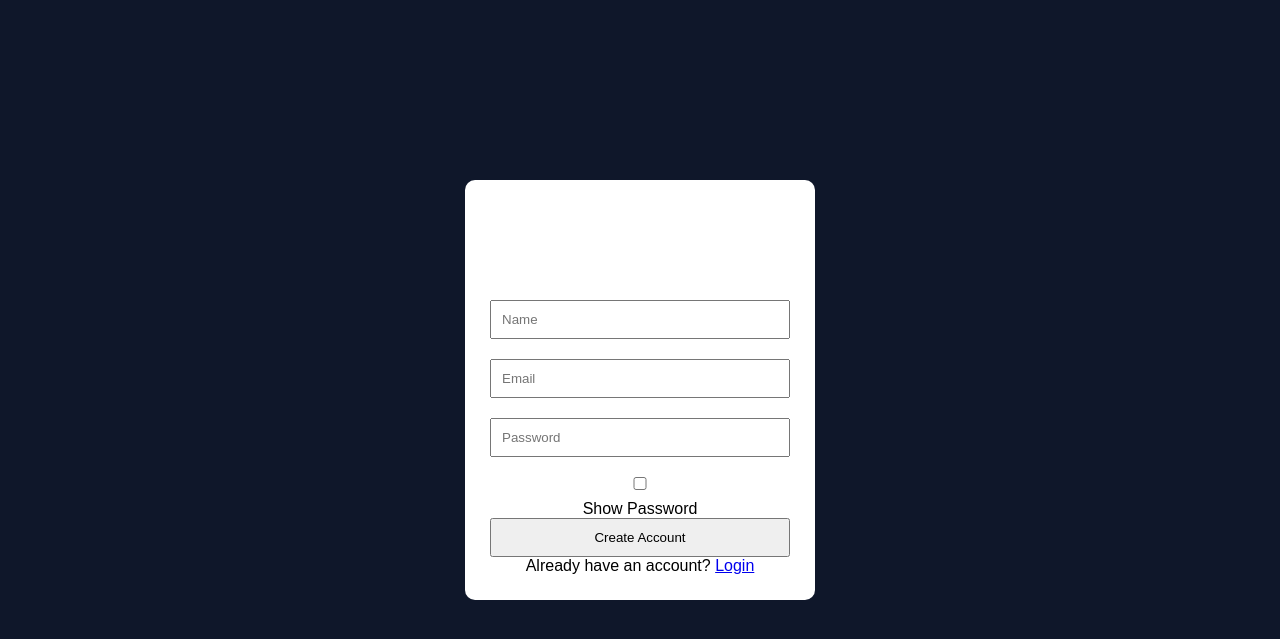
Repository: Dinesh-Codebais/movie-tracker
Page: signup.html
The author's editor kept a copy of each file at every save. The page is drawn from the files as they stood at one save, then again after the next save.
The browser window is 1280 px wide. The pictures show the whole page.

Above is the page before, as saved 2026-06-22 10:31:27.
Console error: TypeError: Cannot read properties of null (reading 'addEventListener')

After the next save:
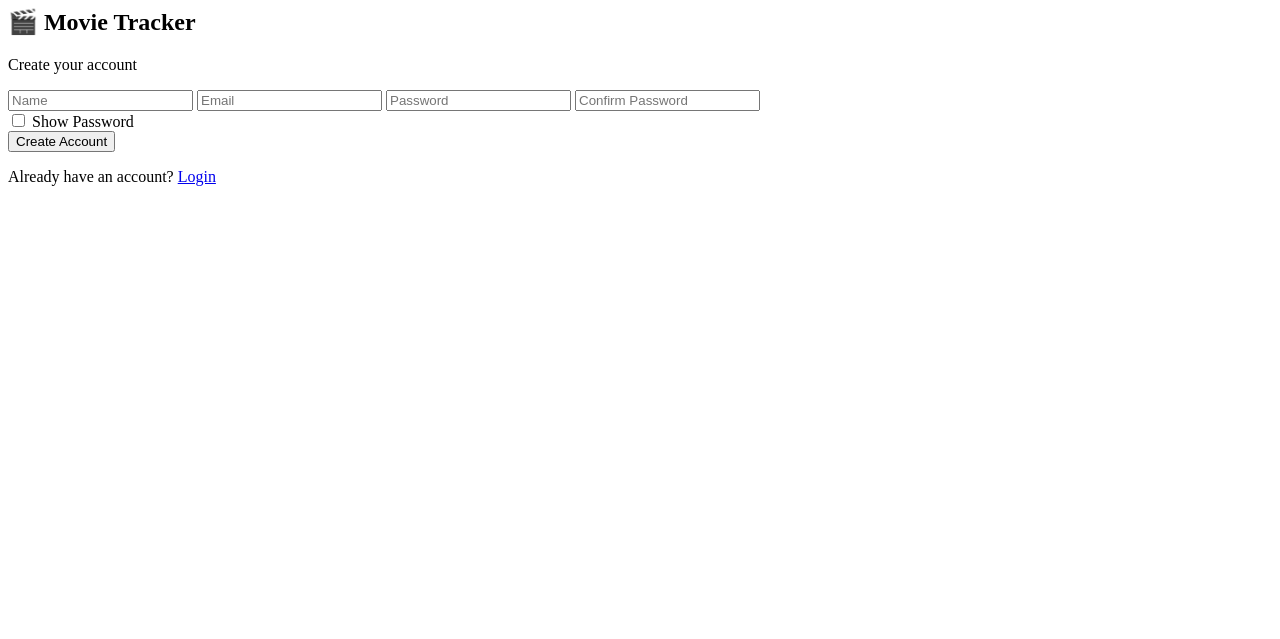
The error is gone.
Saved 3 min 49 s later.
--- a/signup.html
+++ b/signup.html
@@ -1,36 +1,26 @@
-<!DOCTYPE html>
-<html lang="en">
-<head>
-    <meta charset="UTF-8">
-    <meta name="viewport" content="width=device-width, initial-scale=1.0">
-    <title>Sign Up</title>
+<div class="signup-box">
 
-    <link rel="stylesheet" href="style.css">
-</head>
-<body>
+    <h2>🎬 Movie Tracker</h2>
+    <p class="subtitle">Create your account</p>
 
-    <div class="form-box">
-        <h2>Sign Up</h2>
+    <input type="text" placeholder="Name">
 
-        <input type="text" id="signupName" placeholder="Name">
+    <input type="email" placeholder="Email">
 
-        <input type="email" id="signupEmail" placeholder="Email">
+    <input type="password" placeholder="Password">
 
-        <input type="password" id="signupPassword" placeholder="Password">
-       <label>
-    <input type="checkbox" onclick="showSignupPassword()">
-    Show Password
-</label>
+    <input type="password" placeholder="Confirm Password">
 
-        <button onclick="signup()">Create Account</button>
-
-        <p>
-            Already have an account?
-            <a href="login.html">Login</a>
-        </p>
+    <div class="show-pass">
+        <input type="checkbox">
+        <label>Show Password</label>
     </div>
 
-    <script src="script.js"></script>
+    <button>Create Account</button>
 
-</body>
-</html>
+    <p>
+        Already have an account?
+        <a href="#">Login</a>
+    </p>
+
+</div>
